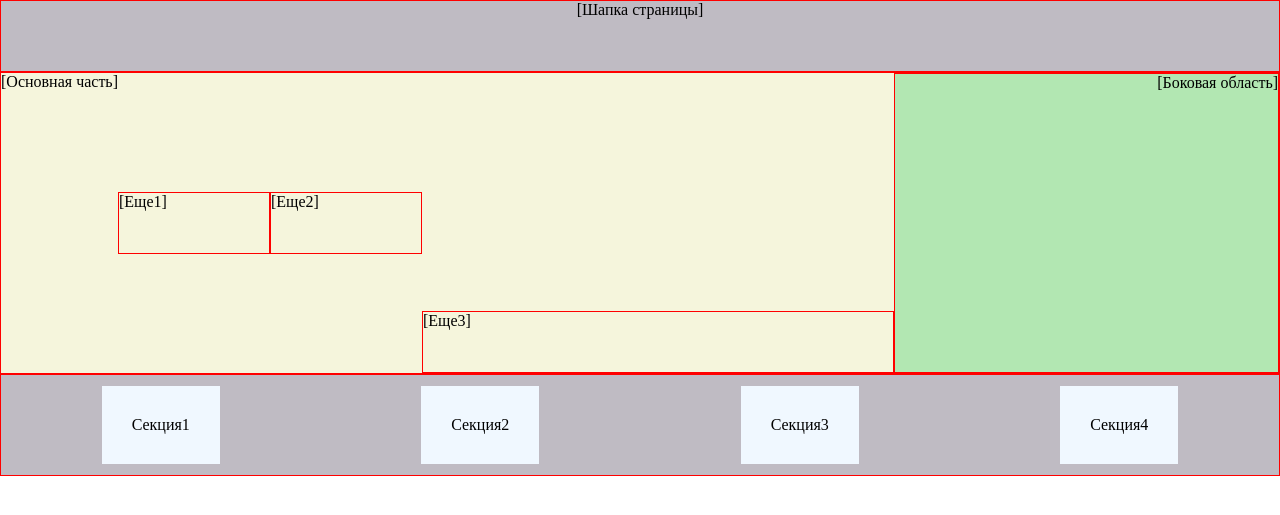
Repository: IrinaGetmanenko/week5
Page: week5/index.html
These files come from the project's save history. The page is drawn as it stood at one moment and after the next save; the edit follows.
The browser window is 1280 px wide. The pictures show the whole page.

Above is the page before, as saved 2022-08-28 20:14:54.

### week5/index.html
<!DOCTYPE html>
<html lang="en">
<head>
    <meta charset="UTF-8">
    <meta http-equiv="X-UA-Compatible" content="IE=edge">
    <meta name="viewport" content="width=device-width, initial-scale=1.0">
    <link rel="stylesheet" href="normalize.css">
    <title>Document</title>
    <style>
    .container{
        display: flex;
        justify-content: center;
        flex-wrap: wrap;

    }

    .h1{
        display: flex;
        justify-content: center;
        border: 1px solid red;
        height: 70px;
        background-color: #bfbbc3;
    }

    .container-2{
        display: flex;
        justify-content: row;

        border: 1px solid red;
        background-color: beige;
        height: 300px;
        flex-wrap: wrap;

    }
    .section1{
        display: flex;
        border: 1px solid red;
        align-self: center;
        height: 20%;
        width:  150px;

    }
    .section2{
        display: flex;
        border: 1px solid red;
        align-self: center;
        height: 20%;
        width:  150px;
    }

    .section3{
        flex: auto;
        border: 1px solid red;
        align-self: flex-end;
        height: 20%;
    }
    .aside{
        display: flex;
        justify-content: flex-end;
        border: 1px solid red;
        background-color: rgb(178, 231, 178);
        width: 30%;



    }
    .footer{
        display: flex;
        justify-content: space-around;
        border: 1px solid red;
        height: 100px;
        background-color: #bfbbc3;
        flex-wrap: wrap;
    }
.f1{

    align-self: center;
    padding: 30px;
    background-color: aliceblue;


}
.f2{

    align-self: center;
    padding: 30px;
    background-color: aliceblue;
}
.f3{

    align-self: center;
    padding: 30px;
    background-color: aliceblue;
}
.f4{

    align-self: center;
    padding: 30px;
    background-color: aliceblue;
}
    </style>
</head>
<body class="container-1">
    <header class="h1" >[Шапка страницы]</header>

<main>
<main class="container-2">[Основная часть]
<main class="section1">[Eще1]</main>
<main class="section2">[Еще2]</main>
<main class="section3">[Еще3]</main>
<aside class="aside">[Боковая область]</aside>
</main>

</main>

<footer class="footer">
       <footer class="f1">Секция1</footer>
       <footer class="f2">Секция2</footer>
       <footer class="f3">Секция3</footer>
       <footer class="f4">Секция4</footer>
</footer>

</body>
</html>

Loaded but not shown: week5/normalize.css (library)

After the next save:
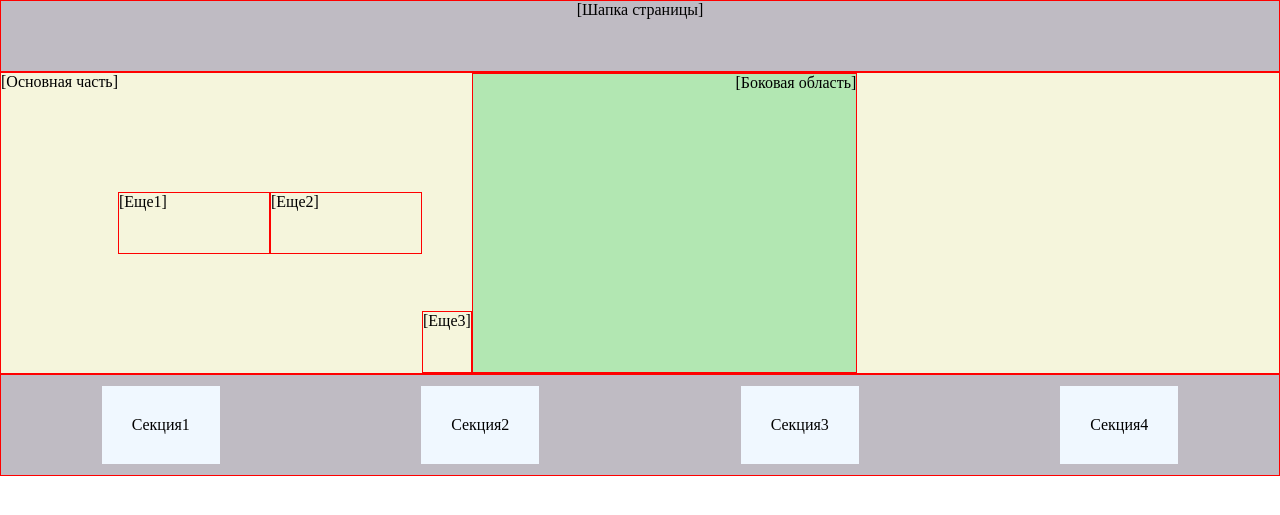
Saved 56 s later.
--- a/week5/index.html
+++ b/week5/index.html
@@ -49,7 +49,7 @@
     }
 
     .section3{
-        flex: auto;
+        display: flex;
         border: 1px solid red;
         align-self: flex-end;
         height: 20%;

After the save that followed:
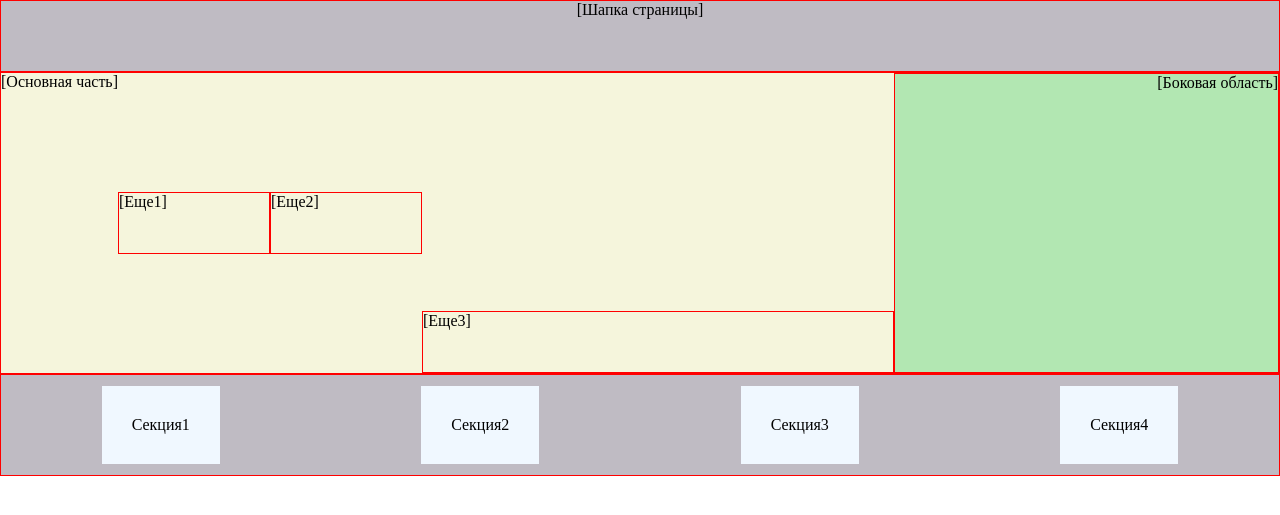
Saved 9 s later.
--- a/week5/index.html
+++ b/week5/index.html
@@ -49,7 +49,7 @@
     }
 
     .section3{
-        display: flex;
+        flex: auto;
         border: 1px solid red;
         align-self: flex-end;
         height: 20%;
